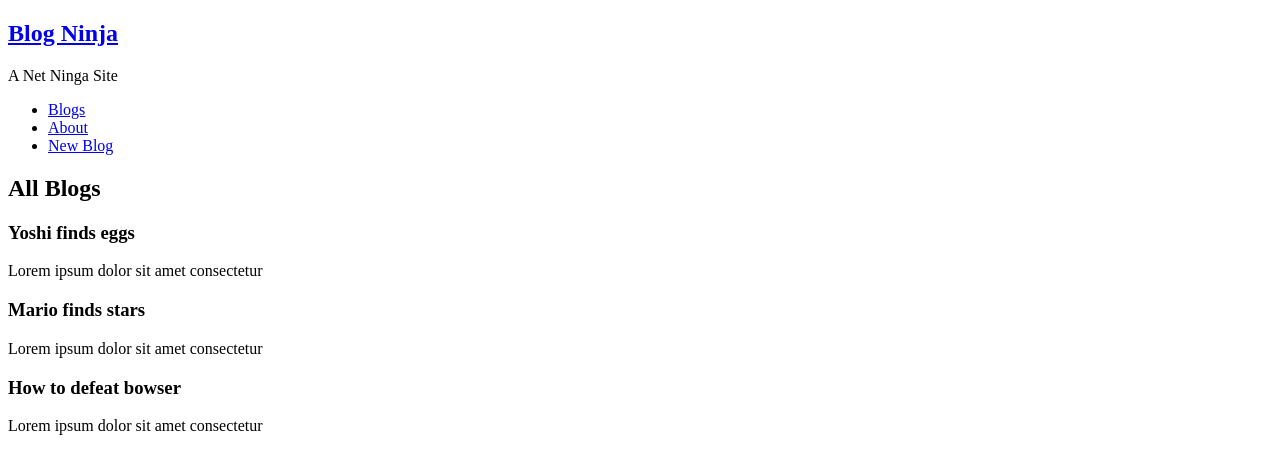
Repository: solutionsforeverything/Node_blog
Page: http://localhost/
The author's editor kept a copy of each file at every save. The page is drawn from the files as they stood at one save, then again after the next save.
The browser window is 1280 px wide. The pictures show the whole page.
The page is served by the project's Node server (app.js).

Above is the page before, as saved 2021-03-02 20:22:03.

After the next save:
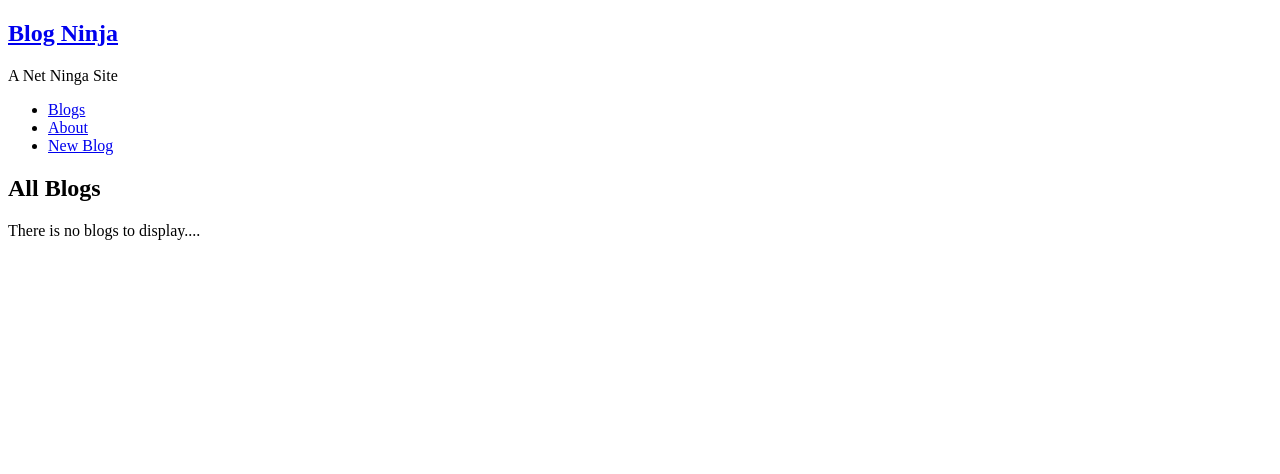
Saved 14 s later.
--- a/app.js
+++ b/app.js
@@ -10,9 +10,7 @@
 app.get('/',(req,res)=>{
 
     const blogs = [
-        {title: 'Yoshi finds eggs', snippet: 'Lorem ipsum dolor sit amet consectetur'},
-        {title: 'Mario finds stars', snippet: 'Lorem ipsum dolor sit amet consectetur'},
-        {title: 'How to defeat bowser', snippet: 'Lorem ipsum dolor sit amet consectetur'},
+
       ];
 
     res.render('index',{title:'Home',blogs});

After the save that followed:
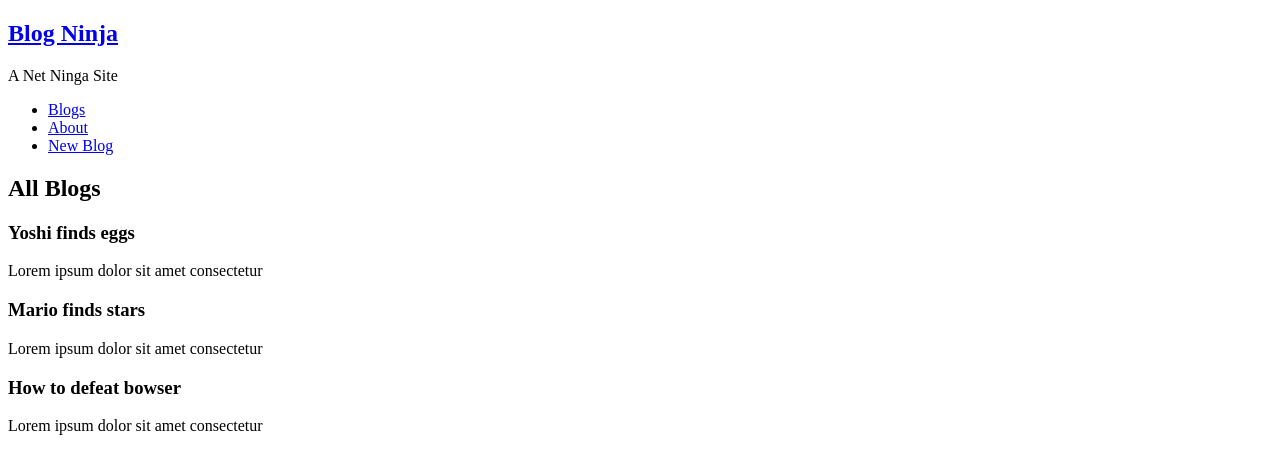
Saved 5 s later.
--- a/app.js
+++ b/app.js
@@ -10,7 +10,9 @@
 app.get('/',(req,res)=>{
 
     const blogs = [
-
+        {title: 'Yoshi finds eggs', snippet: 'Lorem ipsum dolor sit amet consectetur'},
+        {title: 'Mario finds stars', snippet: 'Lorem ipsum dolor sit amet consectetur'},
+        {title: 'How to defeat bowser', snippet: 'Lorem ipsum dolor sit amet consectetur'},
       ];
 
     res.render('index',{title:'Home',blogs});
